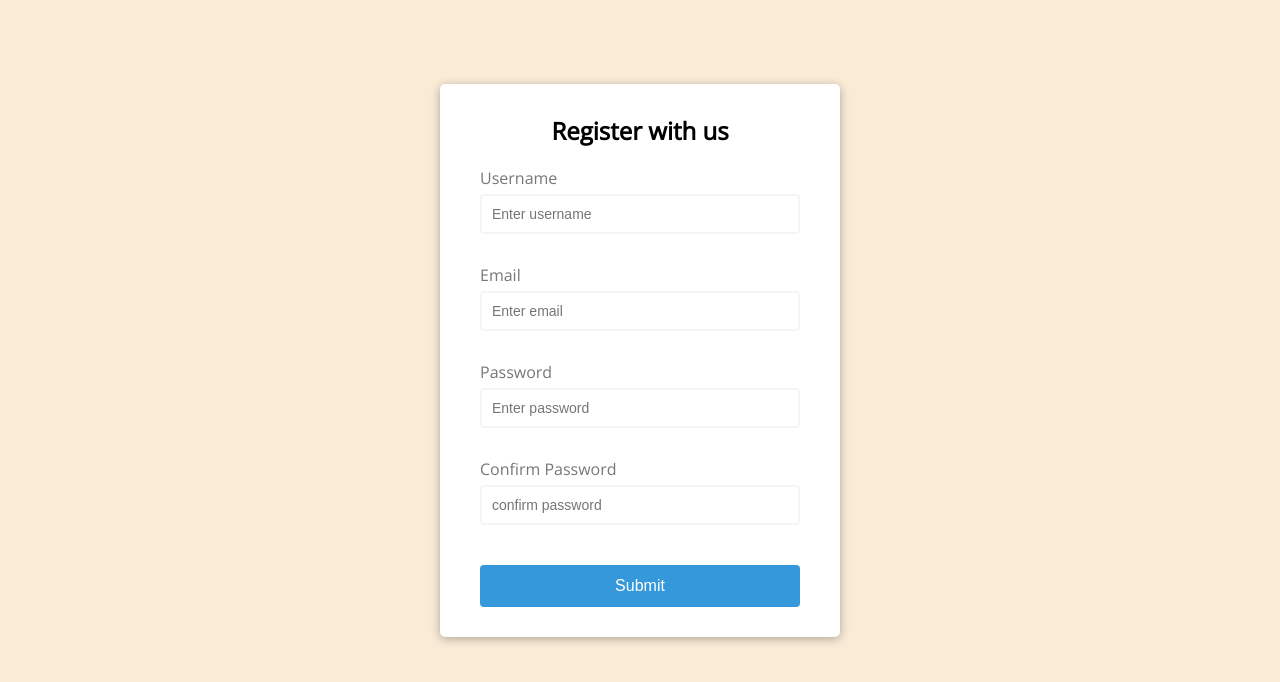
Repository: Azariagmt/Vanilla-javascript
Page: Form-Validator/index.html
These files come from the project's save history. The page is drawn as it stood at one moment and after the next save; the edit follows.
The browser window is 1280 px wide. The pictures show the whole page.

Above is the page before, as saved 2020-04-21 12:10:27.

After the next save:
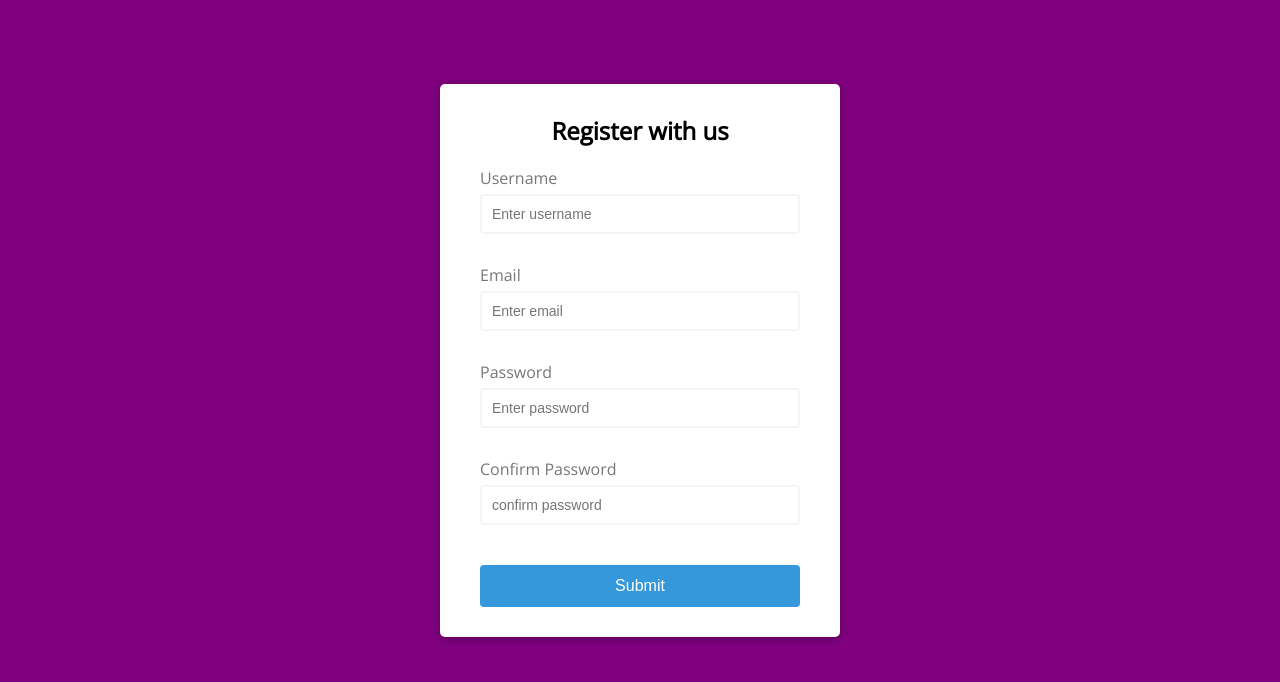
Saved 4 s later.
--- a/Form-Validator/style.css
+++ b/Form-Validator/style.css
@@ -5,7 +5,7 @@
 }
 
 body{
-    background-color: antiquewhite;
+    background-color: purple;
     font-family: 'Open Sans', sans-serif;
     display: flex;
     align-items: center;
